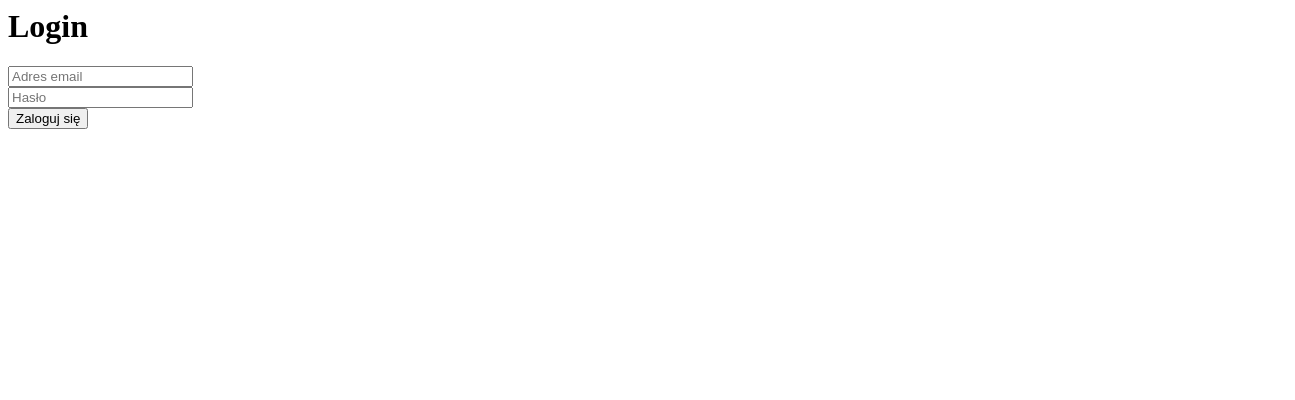
Repository: DaveDavMat/website
Page: http://localhost/logform.php
An editor plug-in stored every save of this project. The page is shown before and after the next save, followed by the edit.
The browser window is 1280 px wide. The page is 1280 px wide, then 1295 px, so the pictures cover 1295 px, including what lies to the right of the window. The pictures show the whole page.
The page is run by PHP 8.4 with error messages shown; the project is at /var/www/html/.

Above is the page before, as saved 2018-11-27 18:40:18.

After the next save:
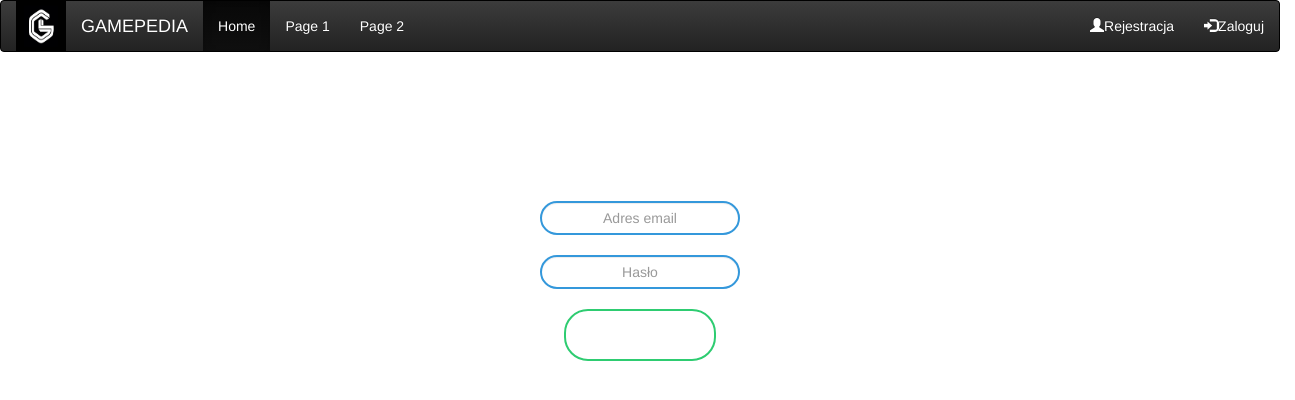
Saved 79 s later.
--- a/logform.php
+++ b/logform.php
@@ -1,3 +1,7 @@
+<?php
+session_start();
+require('nav.php');
+?>
 <form method="POST" action="zaloguj.php" class="box" role="form">
                              <div>
                                  <h1>Login</h1>
